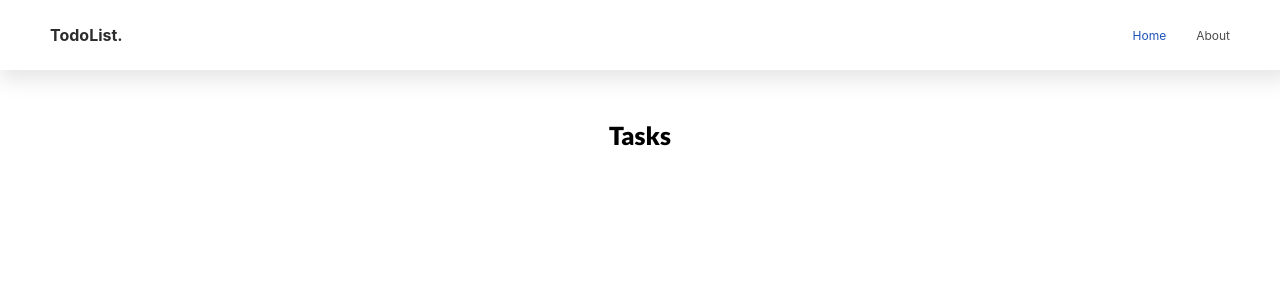
Repository: dqhuy153/react-todoList
Page: /
These files come from the project's save history. The page is drawn as it stood at one moment and after a run of saves; the edit follows.
The browser window is 1280 px wide. The pictures show the whole page.
The project was rebuilt for these pictures with package versions that can differ from the ones it lists, and the page was loaded fresh each time. Also part of the build but not shown: src/components/UI/LoadingSpinner.module.scss.

Above is the page before, as saved 2021-09-16 19:35:01.

After the next 2 saves:
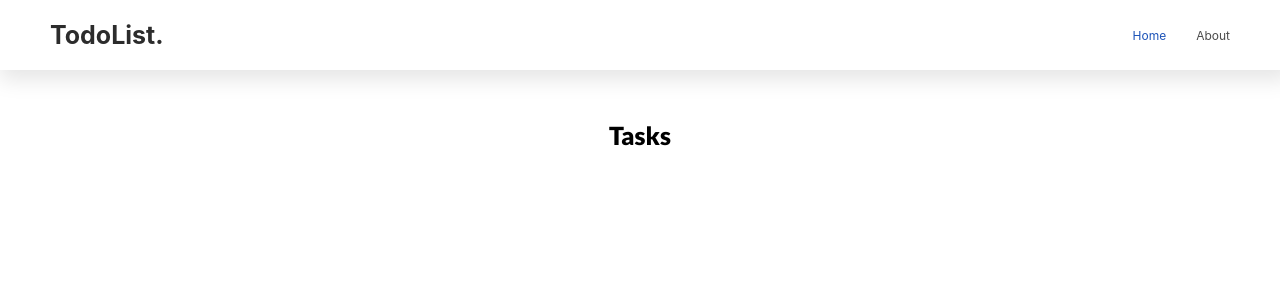
The 2 saves are shown as one change because they came seconds apart.
The last was saved 11 s later.
--- a/src/components/layout/AppNavigation.module.scss
+++ b/src/components/layout/AppNavigation.module.scss
@@ -10,7 +10,7 @@
 }
 
 .logo {
-  font-size: 1.6rem;
+  font-size: 2.5rem;
   color: rgb(44, 44, 44);
   font-weight: bold;
 }
